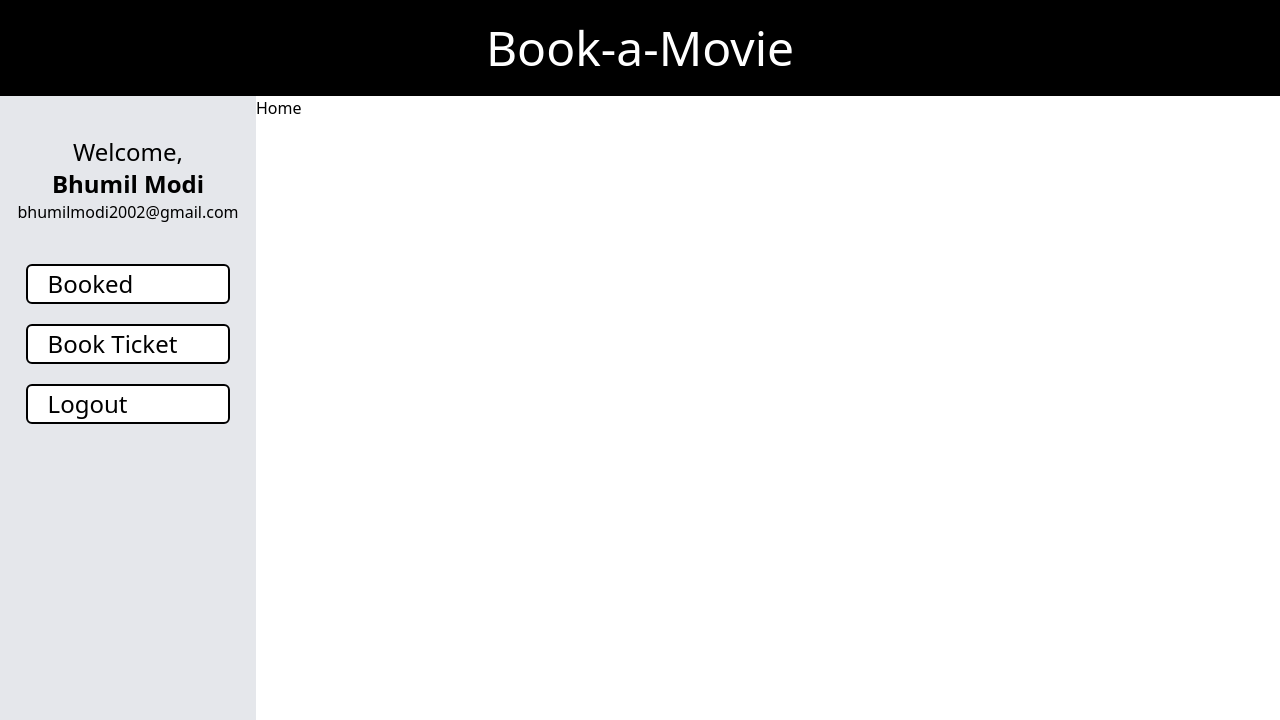
Repository: BhumilModi/movie-booking-app-assignment
Page: /Home
These files come from the project's save history. The page is drawn as it stood at one moment and after the next save; the edit follows.
The browser window is 1280 px wide. The pictures show the whole page.
The project was rebuilt for these pictures with package versions that can differ from the ones it lists, and the page was loaded fresh each time. Also part of the build but not shown: src/App.css, src/components/Login.jsx, src/components/SignUp.jsx.

Above is the page before, as saved 2022-11-29 19:23:51.

After the next save:
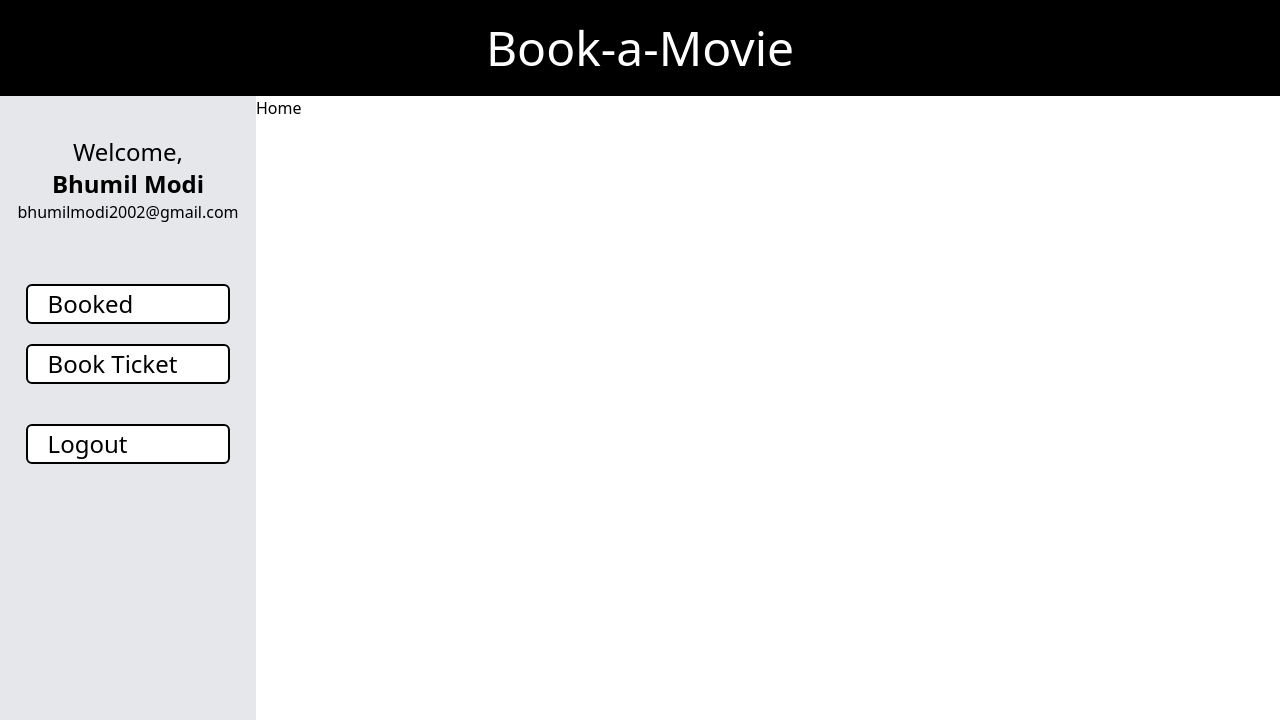
Saved 18 s later.
--- a/src/components/Sidebar.jsx
+++ b/src/components/Sidebar.jsx
@@ -8,7 +8,7 @@ function Sidebar() {
         <div className="text-2xl font-semibold">Bhumil Modi</div>
         <div className="text-md">bhumilmodi2002@gmail.com</div>
       </div>
-      <div>
+      <div className="flex flex-col justify-between">
         <div>
           <div className="bg-white w-[80%] mx-auto px-5 h-10 border-black border-2 rounded-md text-[24px] my-5">
             Booked
